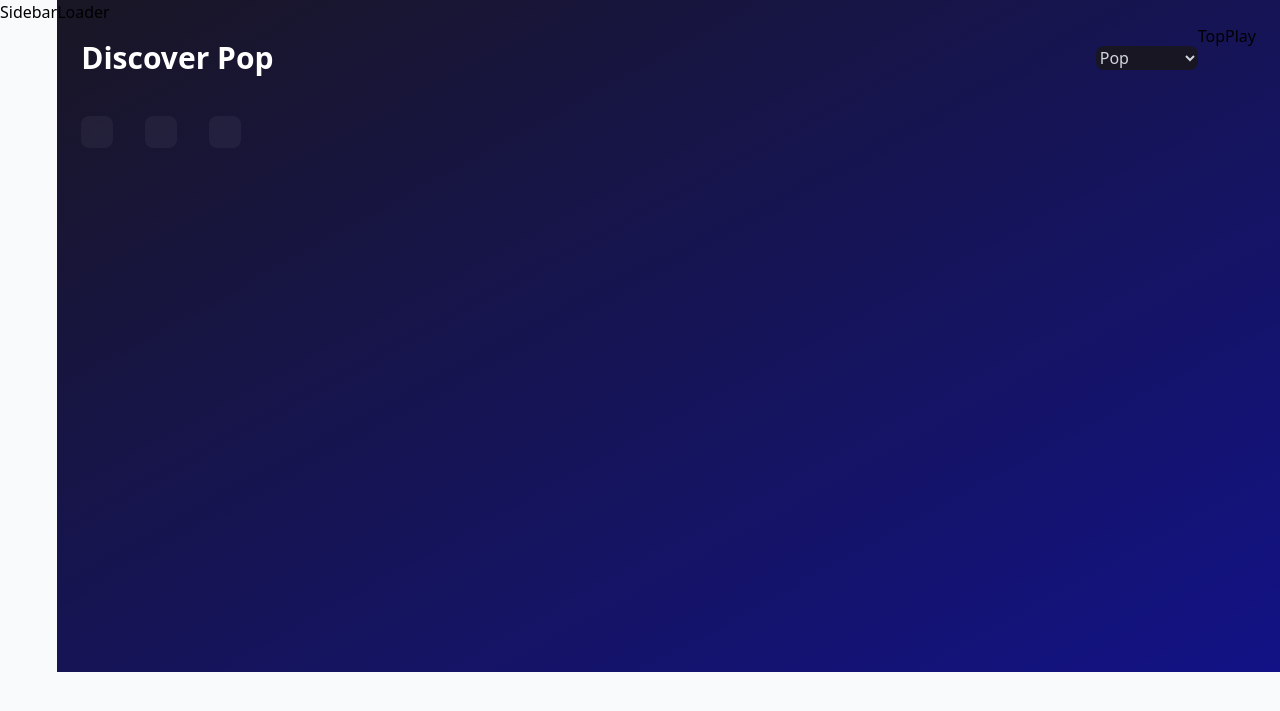
Repository: Chris24T/Dotify
Page: /
An editor plug-in stored every save of this project. The page is shown before and after the next save, followed by the edit.
The browser window is 1280 px wide. The pictures show the whole page.
The project was rebuilt for these pictures with package versions that can differ from the ones it lists, and the page was loaded fresh each time. Also part of the build but not shown: vite.config.js, src/components/PlayPause.jsx, src/components/ArtistCard.jsx, src/components/DetailsHeader.jsx, src/components/SongBar.jsx, src/components/RelatedSongs.jsx, src/components/MusicPlayer/Controls.jsx, src/components/MusicPlayer/Player.jsx and 13 more.

Above is the page before, as saved 2022-12-03 21:32:23.

After the next save:
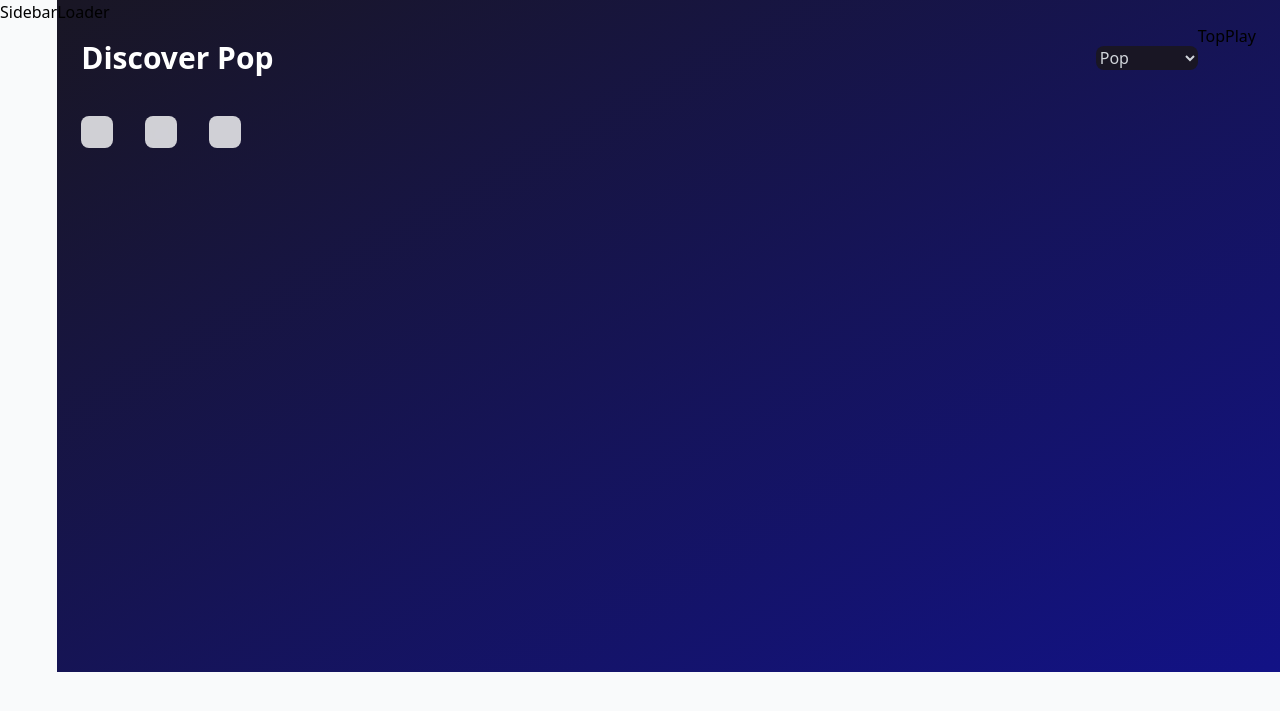
Saved 39 s later.
--- a/src/components/SongCard.jsx
+++ b/src/components/SongCard.jsx
@@ -5,7 +5,7 @@
 import { playPause, setActiveSong } from '../redux/features/playerSlice';
 
 const SongCard = ({ song, i }) => (
-  <div className="flex flex-col w-[250p] p-4 bg-white/5 bg-opacity-80 backdrop-blur-sm animate-slideup rounded-lg cursor-pointer"></div>
+  <div className="flex flex-col w-[250p] p-4 bg-white bg-opacity-80 backdrop-blur-sm animate-slideup rounded-lg cursor-pointer"></div>
 );
 
 export default SongCard;

After the save that followed:
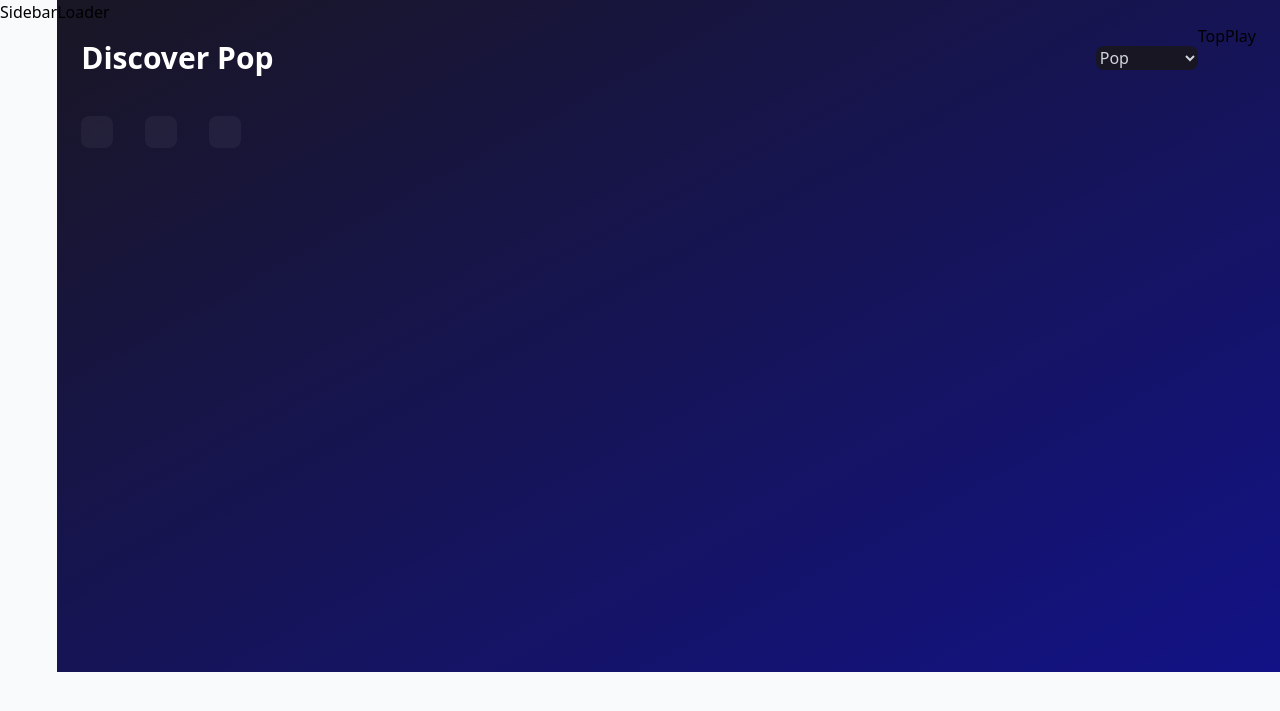
Saved 4 s later.
--- a/src/components/SongCard.jsx
+++ b/src/components/SongCard.jsx
@@ -5,7 +5,7 @@
 import { playPause, setActiveSong } from '../redux/features/playerSlice';
 
 const SongCard = ({ song, i }) => (
-  <div className="flex flex-col w-[250p] p-4 bg-white bg-opacity-80 backdrop-blur-sm animate-slideup rounded-lg cursor-pointer"></div>
+  <div className="flex flex-col w-[250p] p-4 bg-white/5 bg-opacity-80 backdrop-blur-sm animate-slideup rounded-lg cursor-pointer"></div>
 );
 
 export default SongCard;
